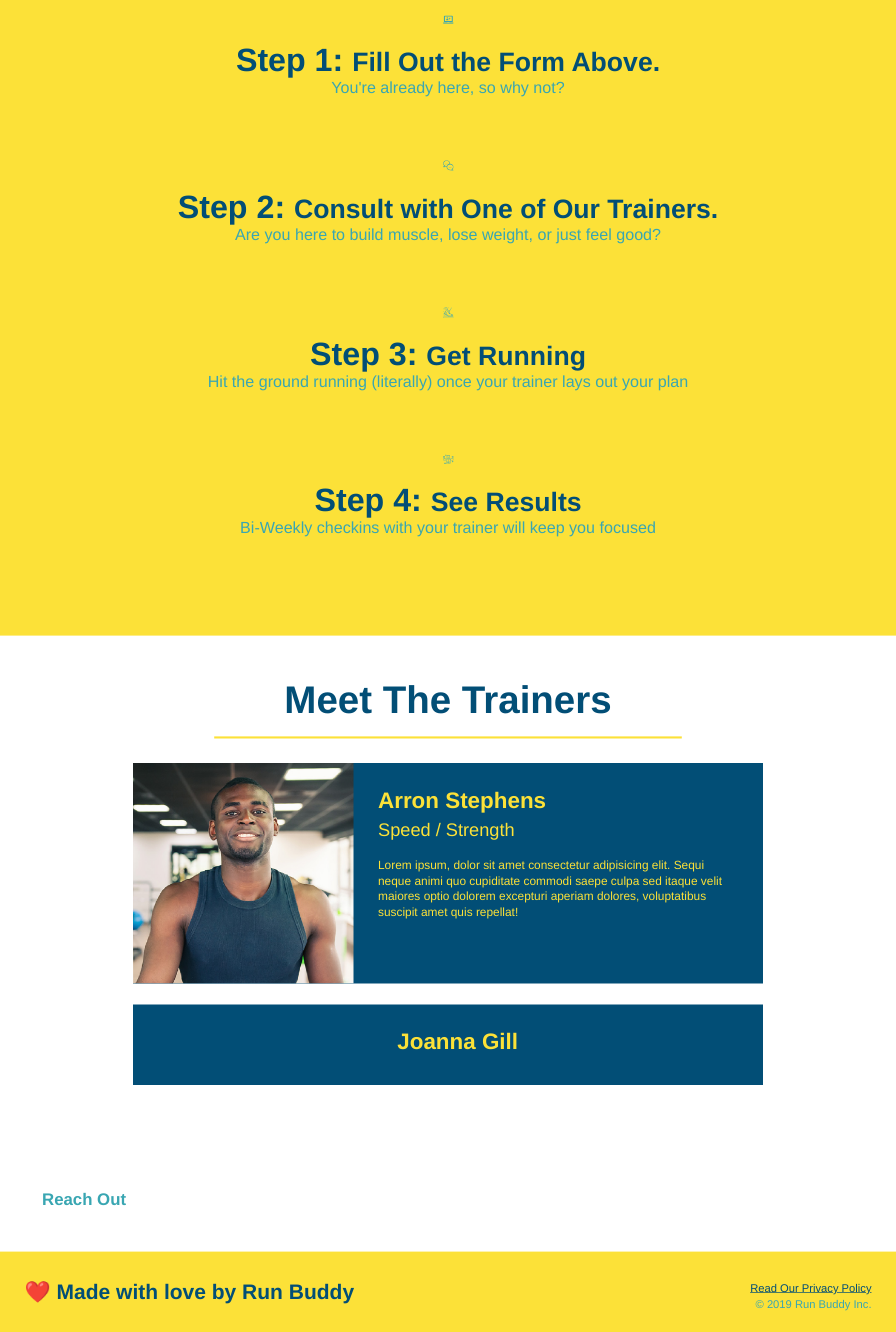
Repository: symlara/run-buddy
Page: index.html
An editor plug-in stored every save of this project. The page is shown before and after the next save, followed by the edit.
The browser window is 1280 px wide. The pictures show the part of the page from y = 1350 to 3270 px (the page is 3253 px tall before and 3270 px after), at 70% of full size.

Above is the page before, as saved 2020-12-10 14:37:51.

After the next save:
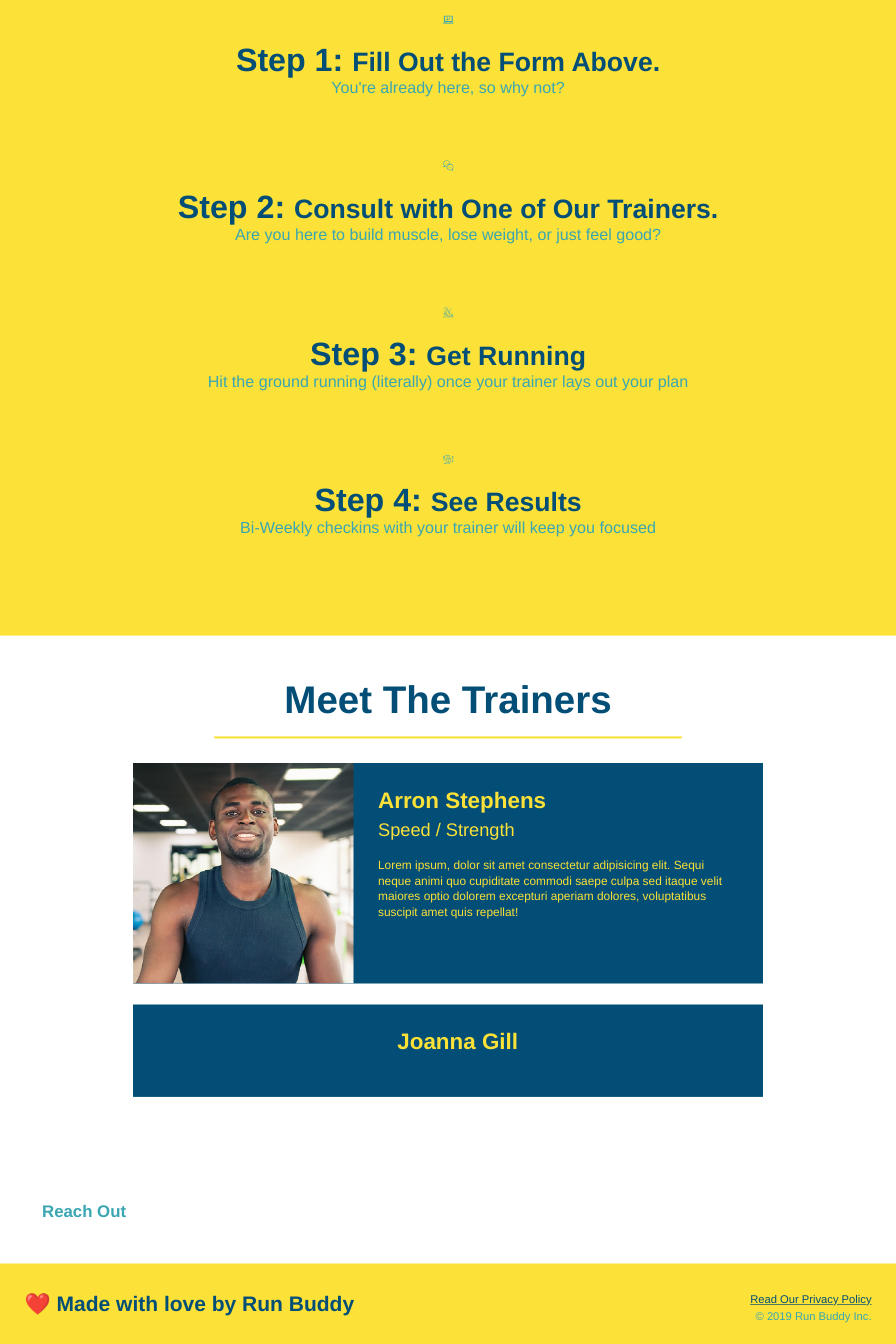
Saved 5 s later.
--- a/index.html
+++ b/index.html
@@ -132,6 +132,7 @@
             <article class="trainer">
                 <div class="trainer-bio text-right">
                     <h3>Joanna Gill</h3>
+                    <h4></h4>
                 </div>
             </article>
         </section>
